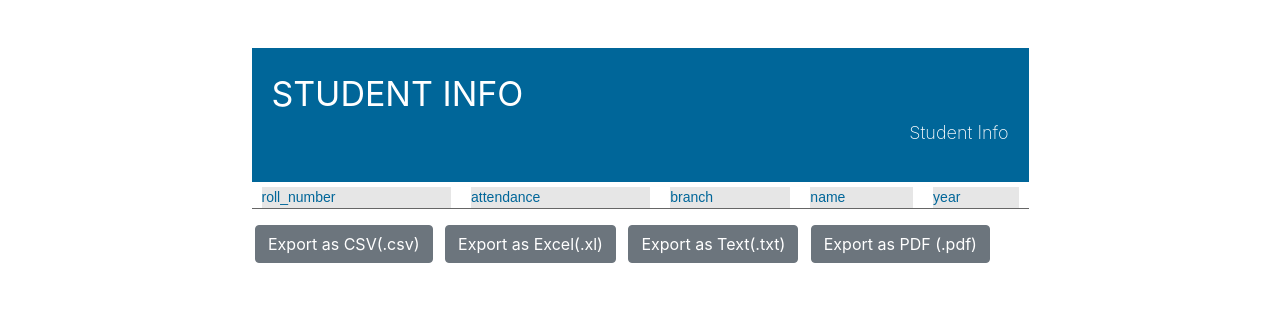
Repository: supranshu/CrystalReportGenerator
Page: http://localhost/produce_report
The author's editor kept a copy of each file at every save. The page is drawn from the files as they stood at one save, then again after the next save.
The browser window is 1280 px wide. The pictures show the whole page.
The page is this project's Thymeleaf template; nobody is signed in. The template is opened directly, without the code that normally fills it, so the values that code supplies are empty.

Above is the page before, as saved 2023-08-07 13:17:28.

After the next save:
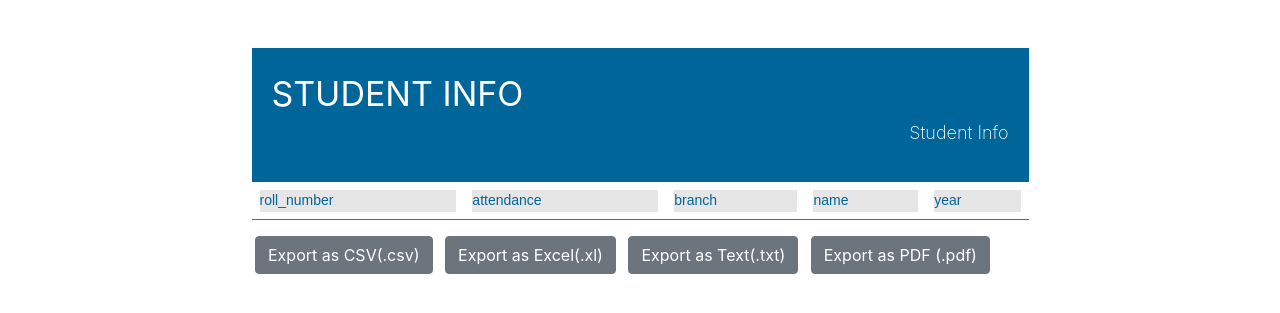
Saved 16 s later.
--- a/com.report/src/main/resources/templates/produce_report.html
+++ b/com.report/src/main/resources/templates/produce_report.html
@@ -21,7 +21,7 @@
             border: 1px solid #ddd;
             border: none; /* Reset all borders */
         	border-bottom: 1px solid #666666;
-        	padding: 5px 10px 0;
+
             background-clip: content-box;
         	 /* Add bottom border */
         }
